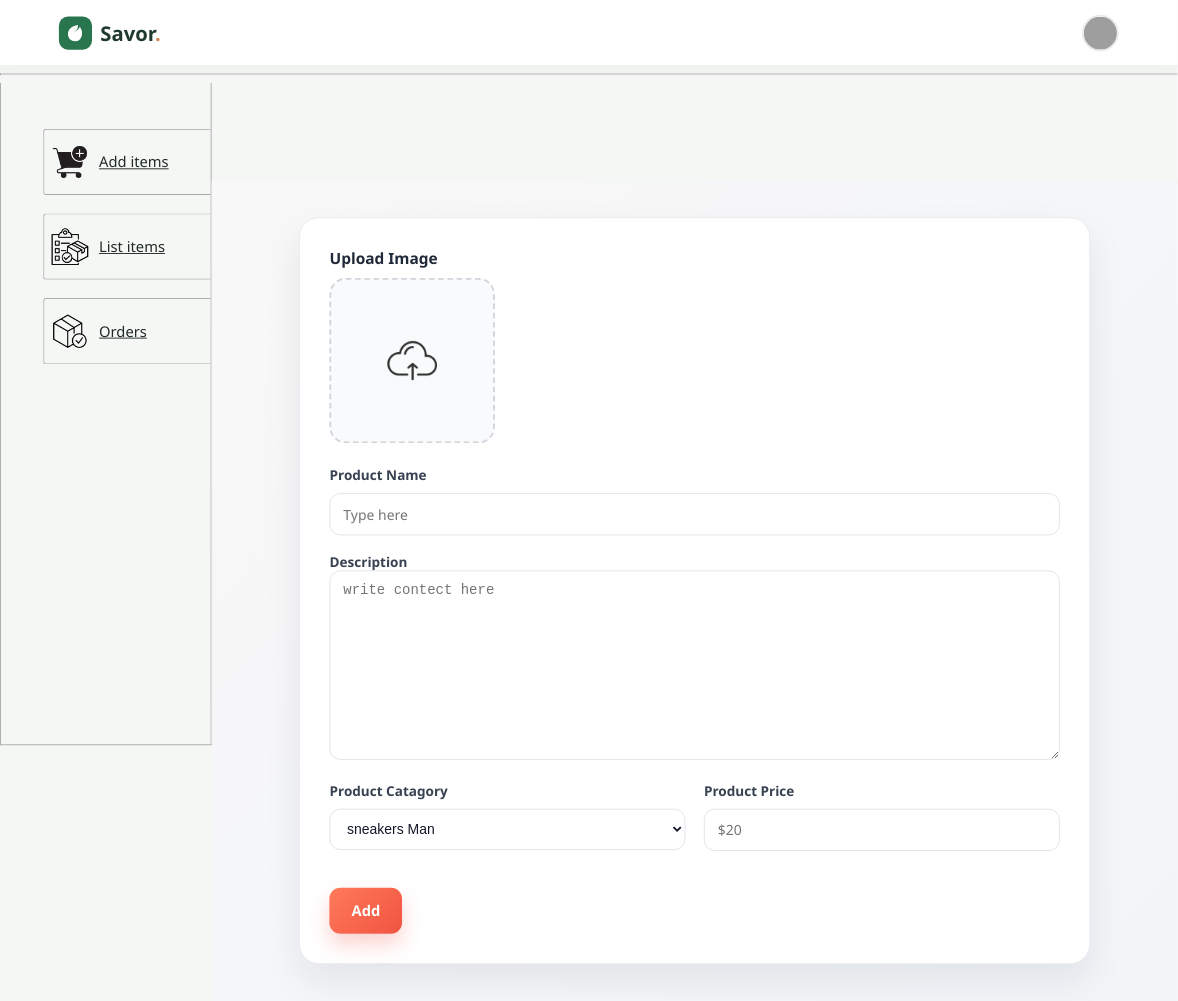
Repository: prince44991/Ecommerce-Project-Full-Stack
Page: /Additem (app in admin/my-react-app/)
An editor plug-in stored every save of this project. The page is shown before and after the next save, followed by the edit.
The browser window is 1280 px wide. The pictures show the whole page, at 92% of full size.
Pictures or frames that could not be fetched are drawn as grey boxes. The project was rebuilt for these pictures with package versions that can differ from the ones it lists, and the page was loaded fresh each time. Also part of the build but not shown: admin/my-react-app/vite.config.js, admin/my-react-app/src/pages/Order/Order.jsx, admin/my-react-app/src/pages/List/List.jsx.

Above is the page before, as saved 2026-09-29 21:20:21.

After the next save:
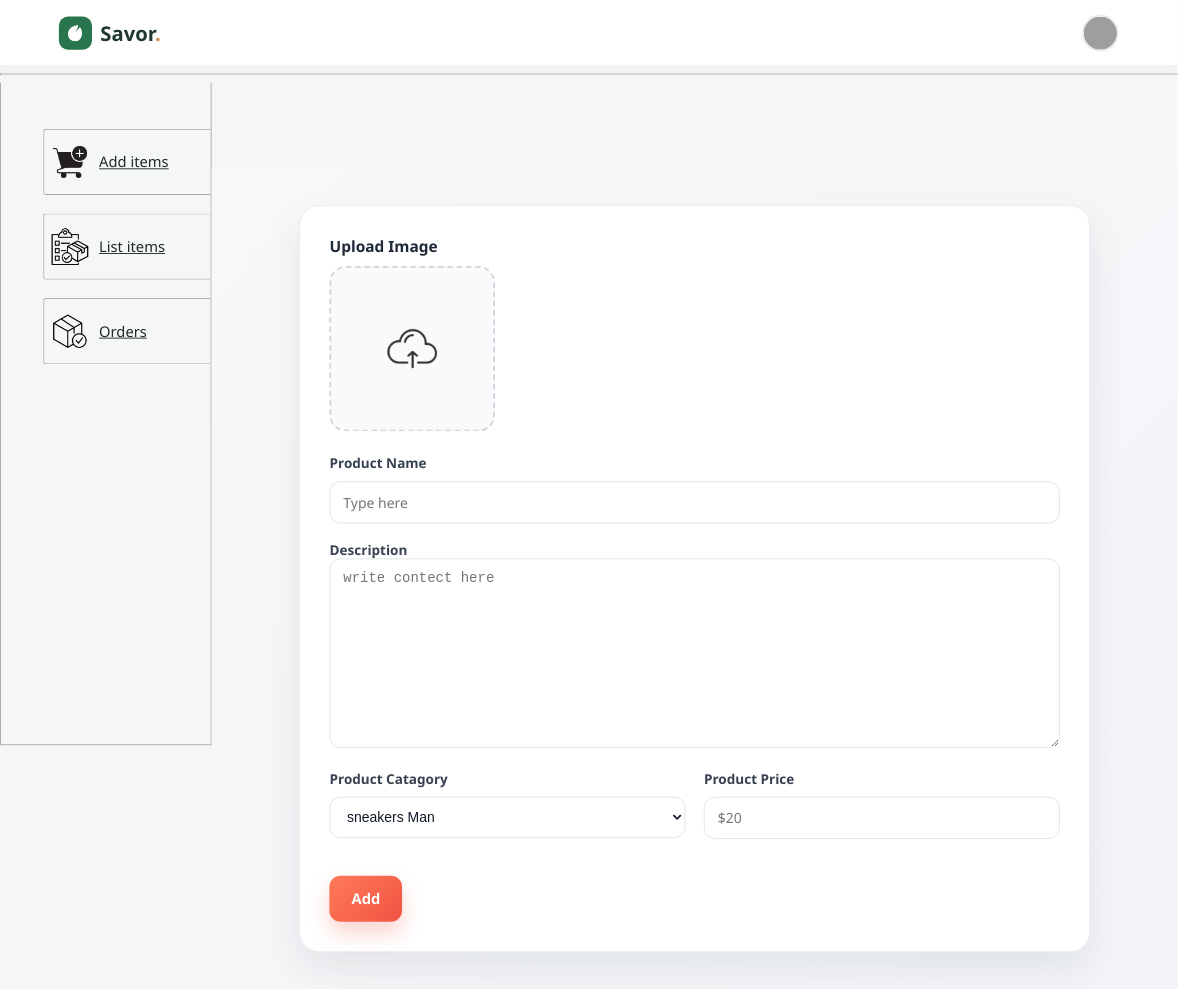
Saved 5 s later.
--- a/admin/my-react-app/src/pages/Add/Add.css
+++ b/admin/my-react-app/src/pages/Add/Add.css
@@ -5,7 +5,7 @@
   padding: 40px 20px;
   background: linear-gradient(135deg, #f8f8f8 0%, #f2f4f8 100%);
   min-height: calc(100vh - 80px);
-  margin-top:-48vw;
+  margin-top:-49vw;
   margin-left: 18vw;
 }
 
